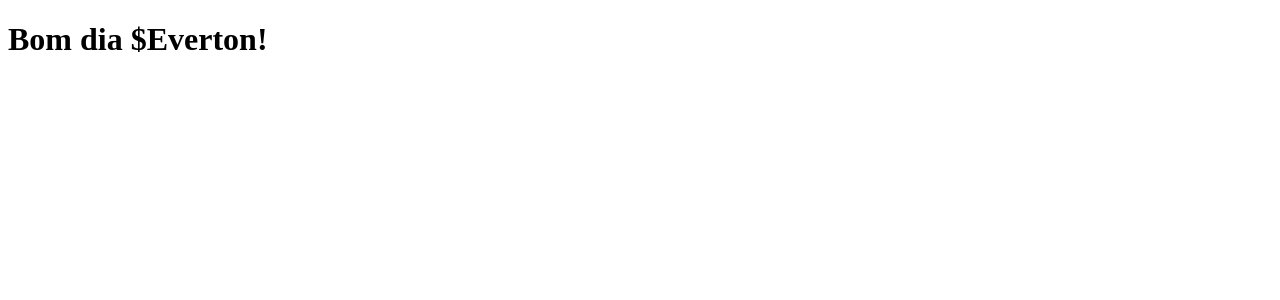
Repository: evertonagilar/Curso-Web-Moderno-Completo
Page: / (app in cap22-React/exercicios/)
These files come from the project's save history. The page is drawn as it stood at one moment and after a run of saves; the edit follows.
The browser window is 1280 px wide. The pictures show the whole page.
The project was rebuilt for these pictures with package versions that can differ from the ones it lists, and the page was loaded fresh each time.

Above is the page before, as saved 2023-09-18 19:47:45.

After the next 2 saves:
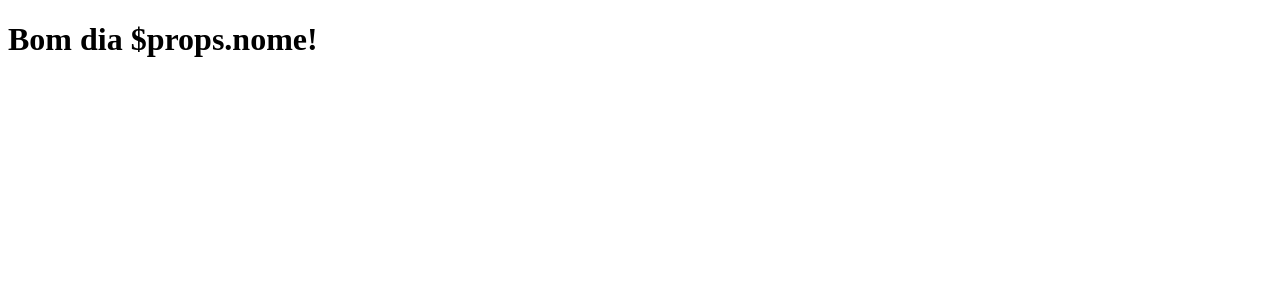
The 2 saves are shown as one change because they came seconds apart.
The last was saved 19 s later.
--- a/cap22-React/exercicios/src/components/BomDia.jsx
+++ b/cap22-React/exercicios/src/components/BomDia.jsx
@@ -1,3 +1,3 @@
 import React from 'react';
 
-export default props => <h1>Bom dia ${props.nome}!</h1>
+export default props => <h1>Bom dia $props.nome!</h1>

After the save that followed:
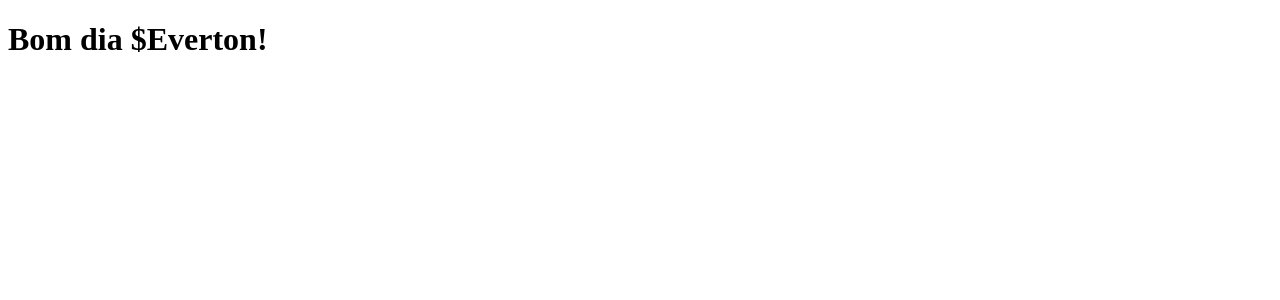
Saved 9 s later.
--- a/cap22-React/exercicios/src/components/BomDia.jsx
+++ b/cap22-React/exercicios/src/components/BomDia.jsx
@@ -1,3 +1,3 @@
 import React from 'react';
 
-export default props => <h1>Bom dia $props.nome!</h1>
+export default props => <h1>Bom dia ${props.nome}!</h1>
